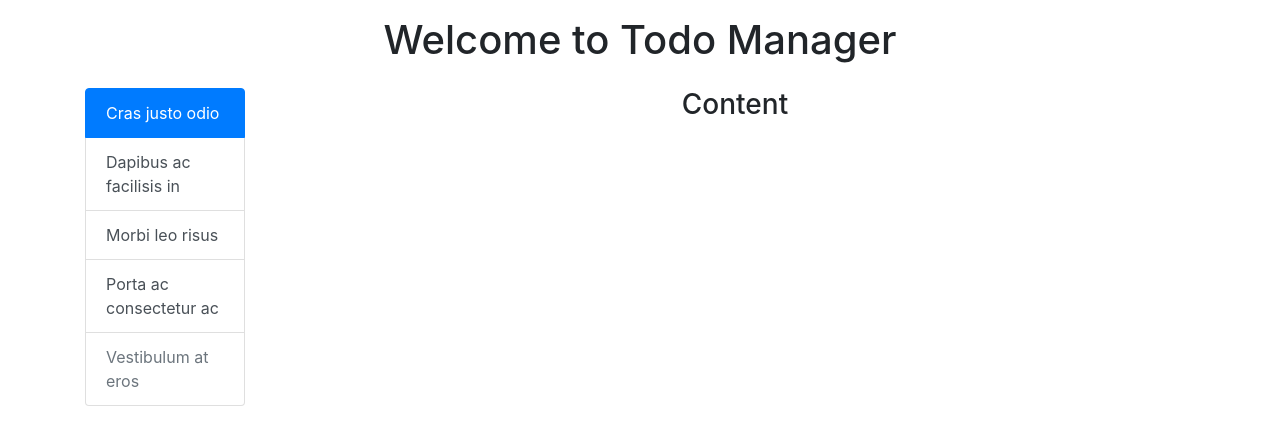
Repository: HarshViijay/spring-boot
Page: http://localhost/ToDoApp/home
The author's editor kept a copy of each file at every save. The page is drawn from the files as they stood at one save, then again after the next save.
The browser window is 1280 px wide. The pictures show the whole page.
Some web libraries are served in a nearby version. The page is served by Tomcat 9.

Above is the page before, as saved 2023-03-12 11:09:17.

After the next save:
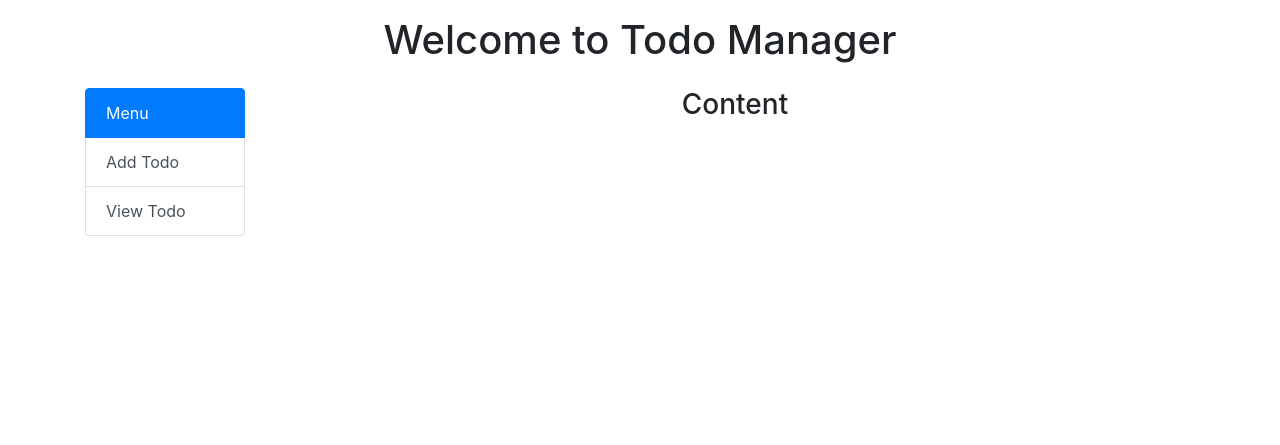
Saved 49 s later.
--- a/ToDoApp/src/main/webapp/WEB-INF/pages/home.jsp
+++ b/ToDoApp/src/main/webapp/WEB-INF/pages/home.jsp
@@ -27,19 +27,12 @@
 				<div class="list-group">
 					<button type="button"
 						class="list-group-item list-group-item-action active">
-						Cras justo odio</button>
+						Menu</button>
 					<button type="button"
-						class="list-group-item list-group-item-action">Dapibus ac
-						facilisis in</button>
+						class="list-group-item list-group-item-action">Add Todo</button>
 					<button type="button"
-						class="list-group-item list-group-item-action">Morbi leo
-						risus</button>
-					<button type="button"
-						class="list-group-item list-group-item-action">Porta ac
-						consectetur ac</button>
-					<button type="button"
-						class="list-group-item list-group-item-action" disabled>Vestibulum
-						at eros</button>
+						class="list-group-item list-group-item-action">View Todo
+						</button>
 				</div>
 			</div>
 			<div class="col-md-10">
